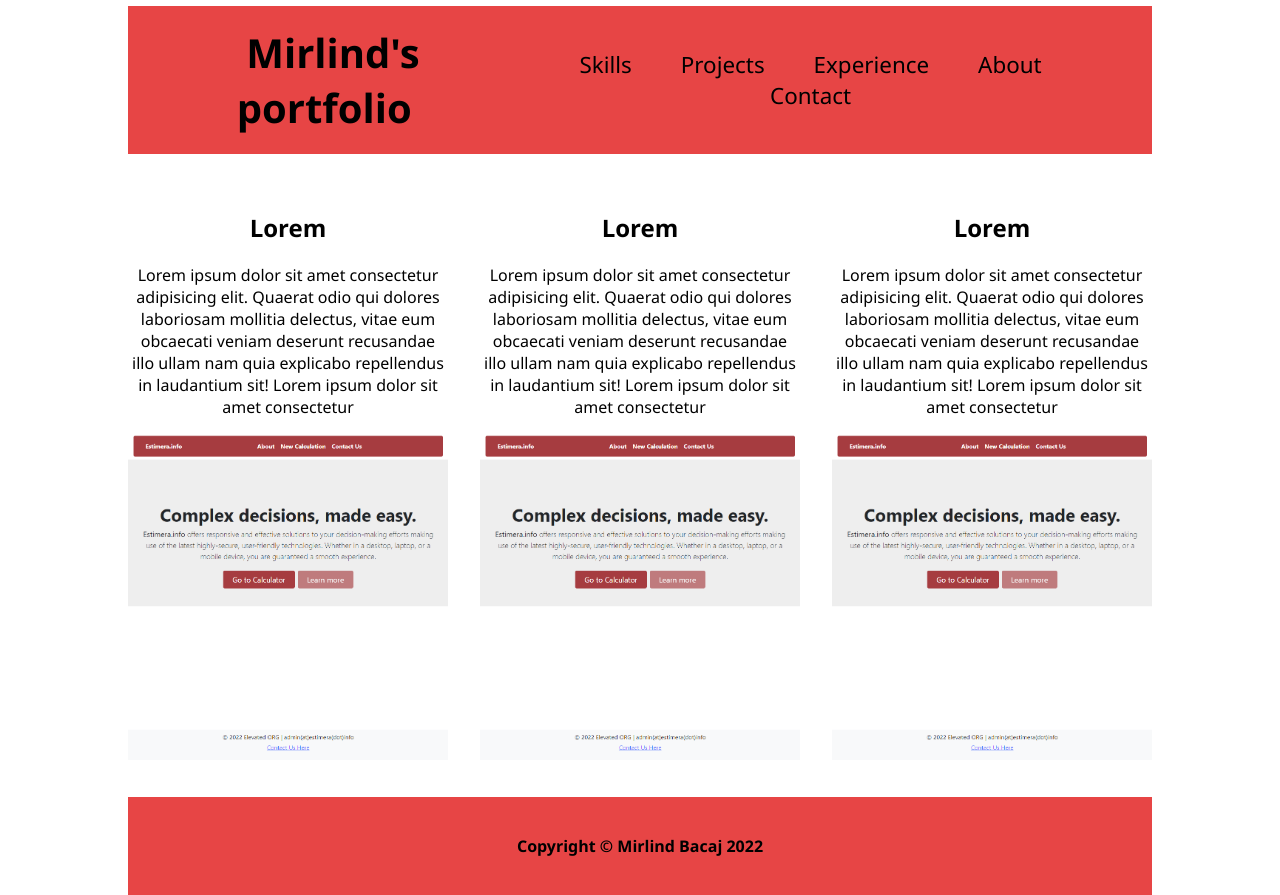
Repository: mirkbirki/mirkbirki.github.io
Page: index.html
The author's editor kept a copy of each file at every save. The page is drawn from the files as they stood at one save, then again after the next save.
The browser window is 1280 px wide. The pictures show the whole page.

Above is the page before, as saved 2022-11-17 06:00:29.

### index.html
<!DOCTYPE html>
<html lang="en">
<head>
    <meta charset="UTF-8">
    <meta http-equiv="X-UA-Compatible" content="IE=edge">
    <meta name="viewport" content="width=device-width, initial-scale=1.0">
    <title>Mirlind's portfolio</title>
    <link rel="stylesheet" href="styles.css">
</head>
<body>
    <div class="grid-container">
        <div class="grid-item-1">
            <div class="flex-container">
                <div class="brand">
                    <h1>Mirlind's portfolio</h1>
                </div>
                <div class="nav_bar">
                    <ul>
                        <li><a href="#">Skills</a></li>
                        <li><a href="#">Projects</a></li>
                        <li><a href="#">Experience</a></li>
                        <li><a href="#">About</a></li>
                        <li><a href="#">Contact</a></li>
                    </ul>
                </div>
            </div>
        </div>
        <div class="grid-item-2">
            <p class="text"><h2>Lorem</h2>Lorem ipsum dolor sit amet consectetur adipisicing elit. Quaerat odio qui dolores laboriosam mollitia
            delectus, vitae eum obcaecati veniam deserunt recusandae illo ullam nam quia explicabo repellendus in laudantium sit!
            Lorem ipsum dolor sit amet consectetur </p>
            <img src="/estimera-1.PNG" />
        </div>
        <div class="grid-item-3">
            <p class="text"><h2>Lorem</h2>Lorem ipsum dolor sit amet consectetur adipisicing elit. Quaerat odio qui dolores laboriosam mollitia
            delectus, vitae eum obcaecati veniam deserunt recusandae illo ullam nam quia explicabo repellendus in laudantium sit!
            Lorem ipsum dolor sit amet consectetur</p>
            <img src="/estimera-1.PNG" />
        </div>
        <div class="grid-item-4">
            <p class="text"><h2>Lorem</h2>Lorem ipsum dolor sit amet consectetur adipisicing elit. Quaerat odio qui dolores laboriosam mollitia
            delectus, vitae eum obcaecati veniam deserunt recusandae illo ullam nam quia explicabo repellendus in laudantium sit!
            Lorem ipsum dolor sit amet consectetur</p>
            <img src="/estimera-1.PNG" />
        </div>
        <div class="grid-item-5">
            <p><br /><b>Copyright © Mirlind Bacaj 2022</b><br /><br /></p>
        </div>
    </div>
</body>
</html>

### styles.css
* {
  font-family:'Segoe UI', Tahoma, Geneva, Verdana, sans-serif;
}

body {
  margin: 0;
}

.grid-container {
  display: grid;
  grid-template-columns: auto auto auto;
  grid-template-rows: auto;
  text-align: center;
  height: 100%;
  width: 80%;
  margin: 0 auto;
  gap: 2em;
}

.grid-item-1 {
  grid-column: 1/span 3;
  grid-row: 1/span2;
  margin: 0.35em 0;
}

.flex-container {
  display: flex;
  padding: 1.2rem;
  background-color: #e74545;
}

.brand {
  font-size: 1em;
  margin: auto 0.5em auto 0;
  width: 40%;
}

.brand h1 {
  display: inline;
  margin-left: 5%;
  font-size: 2.5em;
}

.nav_bar {
  margin: auto 1em auto 0;
}

.nav_bar ul {
  list-style-type: none;
}

.nav_bar li {
  display: inline-block;
  margin-right: 2em;
  font-size: 1.4em;
}

.grid-item-2 {
}

.grid-item-2 p {
  text-align: left;
  padding-left: 0.7em;
}

img {
  max-width: 100%;
}

.grid-item-3 {
}

.grid-item-3 p {
  text-align: left;
  padding-left: 0.7em;
}

.grid-item-4 {
}

.grid-item-4 p {
  text-align: left;
  padding-left: 0.7em;
}

.grid-item-5 {
  background-color: #e74545;
  grid-column: 1/span 3;
}

li>a {
  text-decoration: none;
  color: black;
}

li>a:hover {
  text-decoration: none;
  color: white;
}

@media screen and (max-width: 1260px) {

  * {
    font-family:'Segoe UI', Tahoma, Geneva, Verdana, sans-serif;
  }

  .text {
    width: 80%;
  }

  .grid-container {
    display: grid;
    grid-template-columns: auto;
    text-align: center;
    height: 100%;
    width: 100%;
    margin: 0 auto;
    gap: 2rem;
  }

  .grid-item-1 {
    grid-column: 1;
    grid-row: 1;
    margin: 0;
  }

  .flex-container {
    display: flex;
    flex-direction: column;
    padding: 1.2rem;
  }

  .brand {
    font-size: 1rem;
    margin: 0 auto;
    width: 100%;
    text-align: center;
  }

  .brand h1 {
    margin: 0 auto;
    font-size: 2rem;
  }

  .nav_bar {
    margin: auto 1em auto 0;
  }

  .nav_bar ul {
    list-style-type: none;
  }

  .nav_bar li {
    display: inline;
    margin-right: 1em;
    font-size: 1.4em;
  }

  .grid-item-2 {
    grid-column: 1;
    grid-row: 2;
  }

  .grid-item-2 p {
    text-align: left;
    padding-left: 0.7em;
  }

  img {
    max-width: 100%;
  }

  .grid-item-3 {
    grid-column: 1;
    grid-row: 3;
  }

  .grid-item-3 p {
    text-align: left;
    padding-left: 0.7em;
  }

  .grid-item-4 {
    grid-column: 1;
    grid-row: 4;
  }

  .grid-item-4 p {
    text-align: left;
    padding-left: 0.7em;
  }

  .grid-item-5 {
    grid-column: 1;
    margin-top: 1rem;
  }

  img {
    min-width: 300px;
    max-width: 100%;
  }
}

@media screen and (max-width: 600px) {
  .nav_bar {
    margin: 0 auto;
    width: 100%;
  }

  .nav_bar ul {
    list-style-type: none;
    padding-left: 0;
    margin-top: 1rem;
    margin-bottom:
  }

  .nav_bar li {
    display: block;
    font-size: 1.4em;
    margin: 0 auto;
  }
}

After the next save:
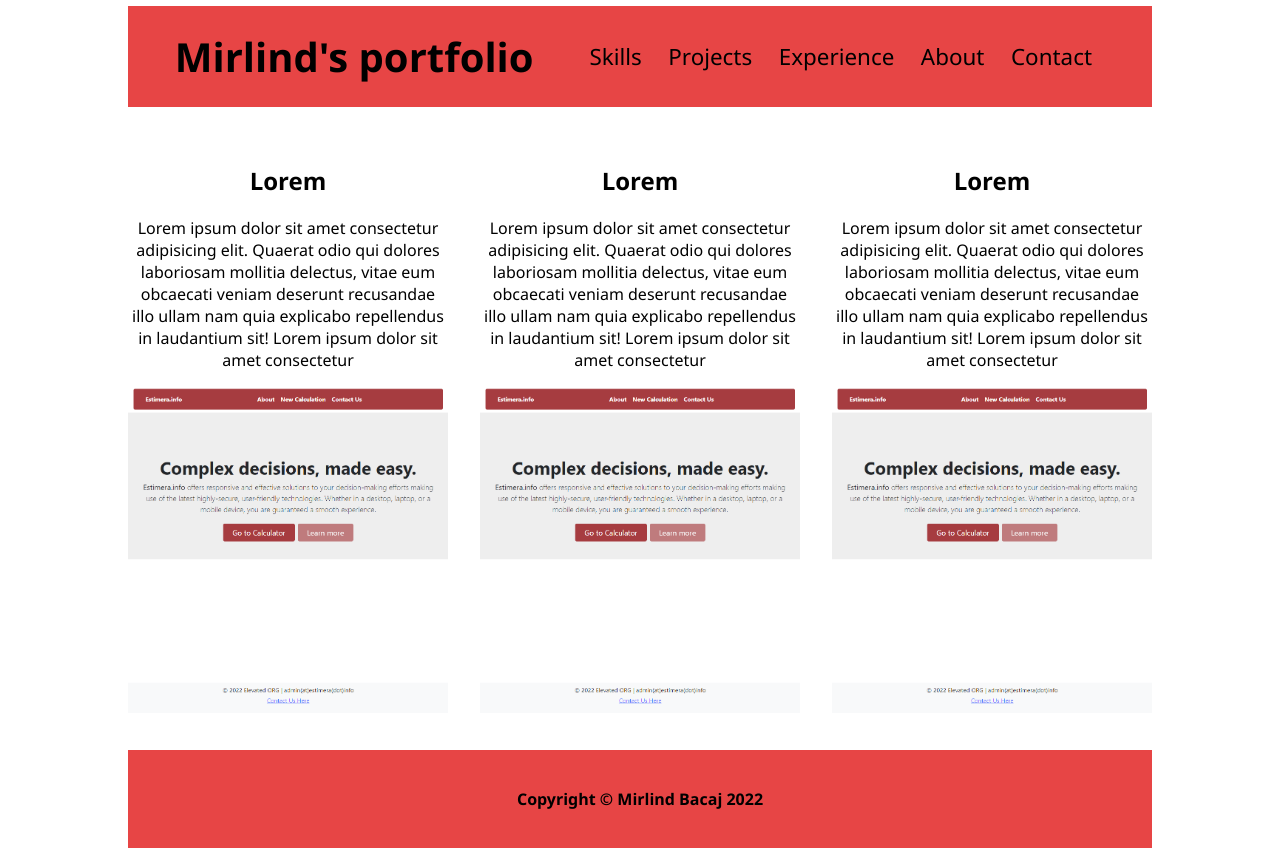
Saved 20 min 55 s later.
--- a/styles.css
+++ b/styles.css
@@ -51,7 +51,7 @@ body {
 
 .nav_bar li {
   display: inline-block;
-  margin-right: 2em;
+  margin-right: 1em;
   font-size: 1.4em;
 }
 
